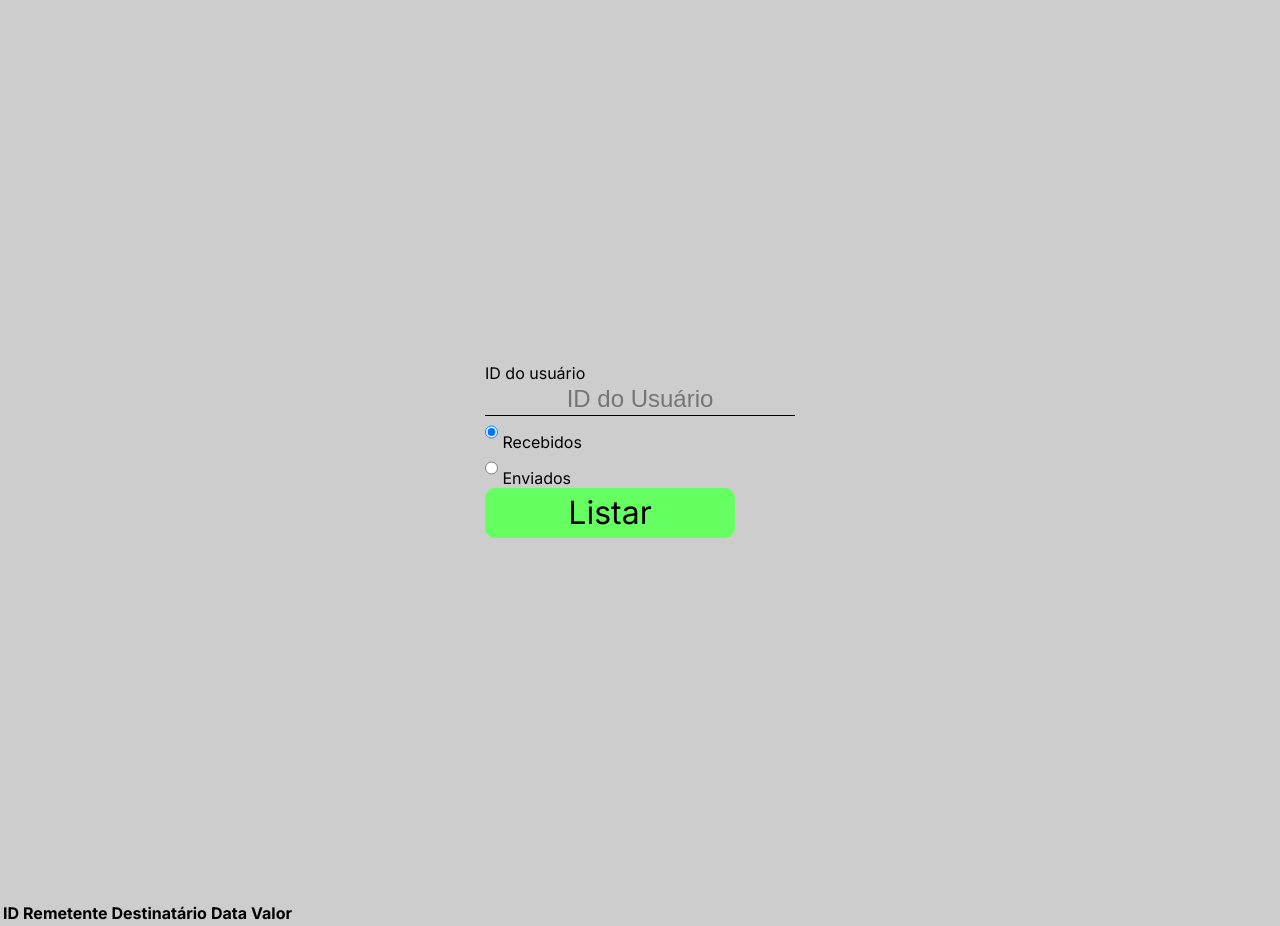
Repository: mateusilva8/tarefa-pix
Page: frontend/index.html
The author's editor kept a copy of each file at every save. The page is drawn from the files as they stood at one save, then again after the next save.
The browser window is 1280 px wide. The pictures show the whole page.

Above is the page before, as saved 2023-10-22 14:41:28.

### frontend/index.html
<!DOCTYPE html>
<html lang="pt-BR">
<head>
  <meta charset="UTF-8">
  <meta name="viewport" content="width=device-width, initial-scale=1.0">
  <title>CRIE_TI PIX</title>
  <link rel="stylesheet" href="./css/index.css">
  <link rel="preconnect" href="https://fonts.googleapis.com">
  <link rel="preconnect" href="https://fonts.gstatic.com" crossorigin>
  <link href="https://fonts.googleapis.com/css2?family=Inter:wght@400;700&display=swap" rel="stylesheet">
</head>
<body>
  <div class="container">
    <form id="formulario" class="formulario">
      <label for="id">ID do usuário</label>
      <div class="formulario-body">
        <input class="idInput" type="number" placeholder="ID do Usuário" id="id"></input>
        <div class="formulario-select">
          <div class="form-check">
            <input class="form-check-input" type="radio" name="exampleRadios" id="exampleRadios1" value="received" checked>
            <label class="form-check-label" for="exampleRadios1">Recebidos</label>
          </div>
          <div class="form-check">
            <input class="form-check-input" type="radio" name="exampleRadios" id="exampleRadios2" value="sent">
            <label class="form-check-label" for="exampleRadios2">Enviados</label>
          </div>
          <button type="button" class="btn btn-success" id="botaoListar">Listar</button>
        </div>
      </div>
    </form>
      </div>

      <table class="table table-bordered">
        <thead>
          <tr>
            <th scope="col">ID</th>
            <th scope="col">Remetente</th>
            <th scope="col">Destinatário</th>
            <th scope="col">Data</th>
            <th scope="col">Valor</th>
          </tr>
        </thead>
        <tbody id="pix-list"></tbody>
      </table>
    </div>


  <script src="https://code.jquery.com/jquery-3.3.1.slim.min.js" integrity="sha384-q8i/X+965DzO0rT7abK41JStQIAqVgRVzpbzo5smXKp4YfRvH+8abtTE1Pi6jizo" crossorigin="anonymous"></script>
  <script src="https://cdnjs.cloudflare.com/ajax/libs/popper.js/1.14.3/umd/popper.min.js" integrity="sha384-ZMP7rVo3mIykV+2+9J3UJ46jBk0WLaUAdn689aCwoqbBJiSnjAK/l8WvCWPIPm49" crossorigin="anonymous"></script>
  <script src="./js/index.js"></script>
</body>
</html>

### frontend/css/index.css
body {
    margin: 0;
    padding: 0;
    font-family: 'Inter', sans-serif;
    background-color: #cdcdcd;
}


.container {
    display: flex;
    flex-direction: column;
    height: 700px;
    margin: 100px;
    justify-content: center;
    align-items: center;
}







input[type=number]::-webkit-inner-spin-button,
    input[type=number]::-webkit-outer-spin-button {
        -webkit-appearance: none;
        margin: 0;
    }

input {
    height: 2rem;
    margin: 0;
    padding: 0;
    border: none;
    border-bottom: 1px solid #000;
    outline: none;
    font-size: 1.5rem;
    text-align: center;
    background-color: #cdcdcd;

    &:focus {
        border-bottom: 2px solid #00f;
    }
}

.btn {
    width: 250px;
    height: 50px;
    font-size: 2rem;
    font-family: 'Inter';
    font-weight: 400;
    background-color: rgb(102, 255, 97);
    border: 0;
    border-radius: 10px;
}

### frontend/js/index.js
let userId = document.getElementById('id');
let type = document.querySelector('#form-check-input:checked');

let form = document.getElementById('formulario');

let pixList = document.getElementById("pix-list");

async function getPixUsuario() {
    let payload = {
        userId: userId.value,
        type: form.exampleRadios.value,
      };

      console.log(JSON.stringify(payload));

      let resposta = await fetch(`http://localhost:3000/pix-api/pix/usuarios`, {
        method: 'POST',
        headers: {
            "Content-type" : 'application/json',
            "Acccept": 'appplication/json'
        },
        body: JSON.stringify(payload)
      });

      let listaPix = await resposta.json();

      console.log(listaPix);

    for (let pix of listaPix) {

      let tr = document.createElement("tr");
      let tdId = document.createElement("th");
      let tdRemetente = document.createElement("td");
      let tdDestinatario = document.createElement("td");
      let tdData = document.createElement("td");
      let tdValor = document.createElement("td");

      let id = pix.id;
      let remetente = pix.sender.name;
      let destinatario = pix.recipient.name;
      let data = pix.createdAt;
      let valor = `R$ ${pix.value}`;

      let dataHora = new Date(data);
      let dia = adicionarZero(dataHora.getDate());
      let mes = adicionarZero(dataHora.getMonth());
      let ano = adicionarZero(dataHora.getFullYear());
      let hora = `${adicionarZero(dataHora.getHours())}:${adicionarZero(dataHora.getMinutes())}`;

      let dataFormatada = `${dia}/${mes}/${ano} às ${hora}H`

      tdId.innerText = id;
      tdRemetente.innerText = remetente;
      tdDestinatario.innerText = destinatario;
      tdData.innerText = dataFormatada;
      tdValor.innerText = valor.replace('.',',');

      tr.appendChild(tdId);
      tr.appendChild(tdRemetente);
      tr.appendChild(tdDestinatario);
      tr.appendChild(tdData);
      tr.appendChild(tdValor);
      pixList.appendChild(tr);
    }
  }

  function adicionarZero (numero) {
    if(String(numero).length == 1) {
        numero = '0' + numero;
      }

    return numero;
  }

  let botaoListar = document.getElementById('botaoListar');
  botaoListar.addEventListener('click', () => {
    pixList.innerHTML = '';
    getPixUsuario();
  })

After the next save:
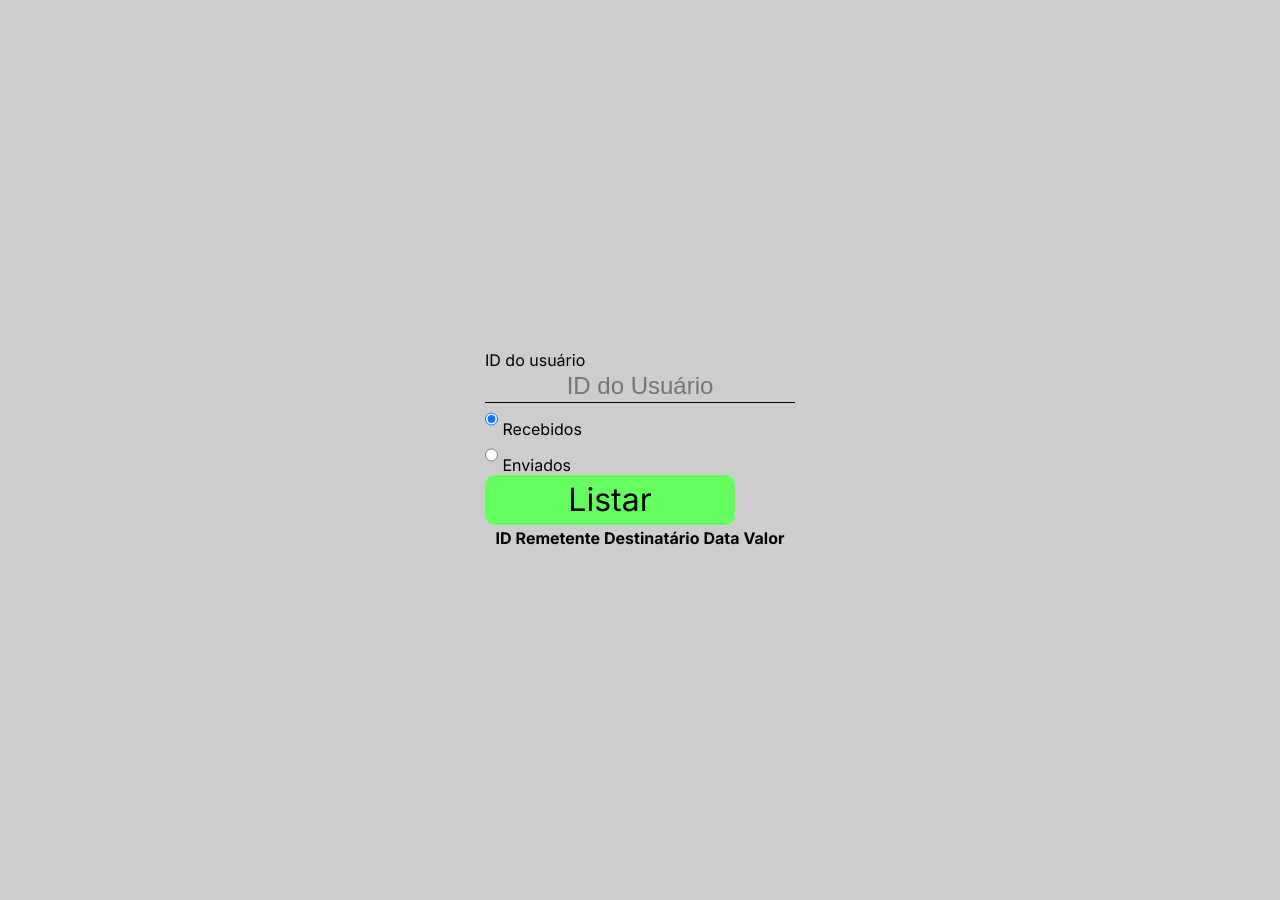
Saved 74 s later.
--- a/frontend/index.html
+++ b/frontend/index.html
@@ -20,6 +20,7 @@
             <input class="form-check-input" type="radio" name="exampleRadios" id="exampleRadios1" value="received" checked>
             <label class="form-check-label" for="exampleRadios1">Recebidos</label>
           </div>
+
           <div class="form-check">
             <input class="form-check-input" type="radio" name="exampleRadios" id="exampleRadios2" value="sent">
             <label class="form-check-label" for="exampleRadios2">Enviados</label>
@@ -28,21 +29,21 @@
         </div>
       </div>
     </form>
-      </div>
 
-      <table class="table table-bordered">
-        <thead>
-          <tr>
-            <th scope="col">ID</th>
-            <th scope="col">Remetente</th>
-            <th scope="col">Destinatário</th>
-            <th scope="col">Data</th>
-            <th scope="col">Valor</th>
-          </tr>
-        </thead>
-        <tbody id="pix-list"></tbody>
-      </table>
-    </div>
+    <table class="table table-bordered">
+      <thead>
+        <tr>
+          <th scope="col">ID</th>
+          <th scope="col">Remetente</th>
+          <th scope="col">Destinatário</th>
+          <th scope="col">Data</th>
+          <th scope="col">Valor</th>
+        </tr>
+      </thead>
+      <tbody id="pix-list"></tbody>
+    </table>
+  </div>
+
 
 
   <script src="https://code.jquery.com/jquery-3.3.1.slim.min.js" integrity="sha384-q8i/X+965DzO0rT7abK41JStQIAqVgRVzpbzo5smXKp4YfRvH+8abtTE1Pi6jizo" crossorigin="anonymous"></script>
